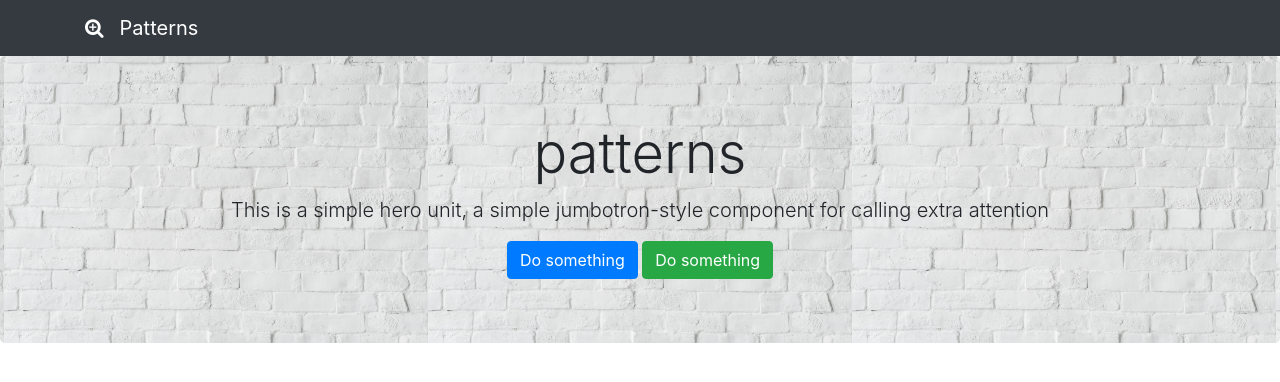
Repository: Mietlicha/patterns
Page: index.html
The author's editor kept a copy of each file at every save. The page is drawn from the files as they stood at one save, then again after the next save.
The browser window is 1280 px wide. The pictures show the whole page.

Above is the page before, as saved 2019-10-24 11:24:32.

### index.html
<!DOCTYPE html>
<html lang="en">

<head>
    <meta charset="UTF-8">
    <meta name="viewport" content="width=device-width, initial-scale=1.0">
    <meta http-equiv="X-UA-Compatible" content="ie=edge">
    <title>Document</title>
    <link rel="stylesheet" href="style.css">
    <link rel="stylesheet" href="https://stackpath.bootstrapcdn.com/bootstrap/4.3.1/css/bootstrap.min.css"
        integrity="sha384-ggOyR0iXCbMQv3Xipma34MD+dH/1fQ784/j6cY/iJTQUOhcWr7x9JvoRxT2MZw1T" crossorigin="anonymous">
    <link rel="stylesheet" href="https://cdnjs.cloudflare.com/ajax/libs/font-awesome/4.7.0/css/font-awesome.min.css">

</head>

<body>
    <nav class="navbar navbar-dark bg-dark">
        <div class="container"><a class="navbar-brand" href="#"><i class="fa fa-search-plus mr-3" aria-hidden="true"></i>Patterns</a></div>
    </nav>
    <article>
    <section id="header" class="jumbotron">
        <div class="container text-center">
            <h1 class="display-4">patterns</h1>
            <p class="lead">This is a simple hero unit, a simple jumbotron-style component for calling extra attention</p>
            <a href="#" class="btn btn-primary">Do something</a>
            <a href="#" class="btn btn-success">Do something</a>
            </div>
            </section>
        </article>


    <script src="https://code.jquery.com/jquery-3.3.1.slim.min.js"
        integrity="sha384-q8i/X+965DzO0rT7abK41JStQIAqVgRVzpbzo5smXKp4YfRvH+8abtTE1Pi6jizo"
        crossorigin="anonymous"></script>
    <script src="https://cdnjs.cloudflare.com/ajax/libs/popper.js/1.14.7/umd/popper.min.js"
        integrity="sha384-UO2eT0CpHqdSJQ6hJty5KVphtPhzWj9WO1clHTMGa3JDZwrnQq4sF86dIHNDz0W1"
        crossorigin="anonymous"></script>
    <script src="https://stackpath.bootstrapcdn.com/bootstrap/4.3.1/js/bootstrap.min.js"
        integrity="sha384-JjSmVgyd0p3pXB1rRibZUAYoIIy6OrQ6VrjIEaFf/nJGzIxFDsf4x0xIM+B07jRM"
        crossorigin="anonymous"></script>
</body>

</html>

### style.css
#header{
    background: url(imgs/header.jpeg) center/contain repeat;
}

After the next save:
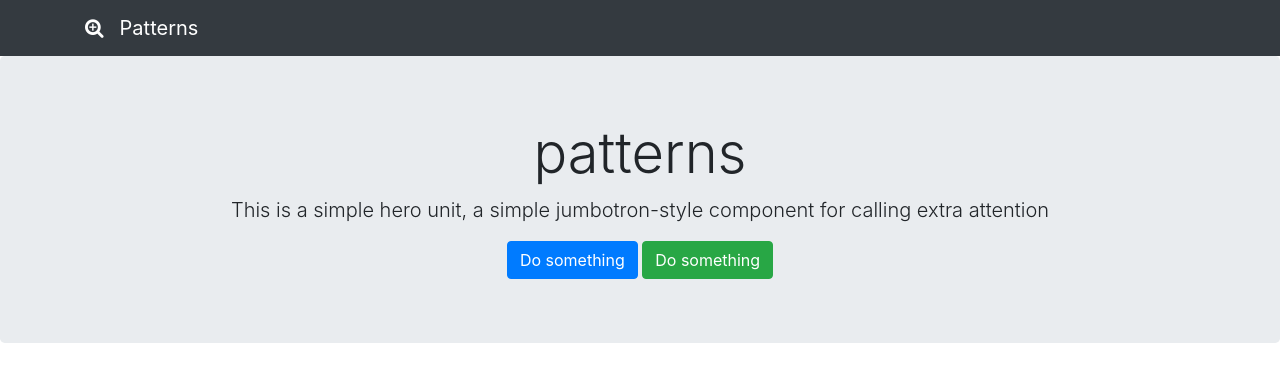
Saved 24 s later.
--- a/style.css
+++ b/style.css
@@ -1,3 +1,3 @@
 #header{
-    background: url(imgs/header.jpeg) center/contain repeat;
+    background: url(imgs/header.jpeg) contain;
 }
